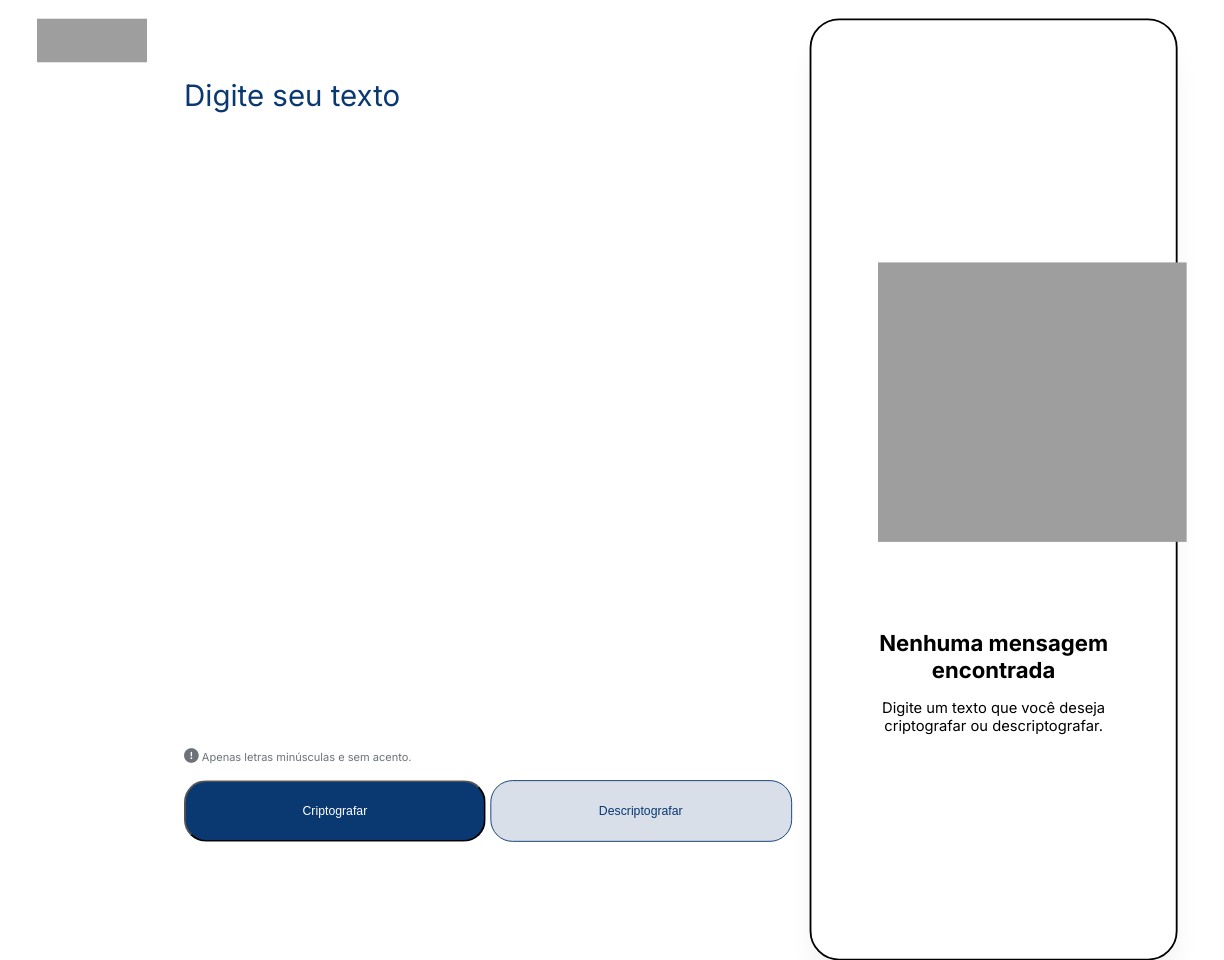
Repository: CarlosEduardoVdeOliveira/descodificador-de-texto
Page: index.html
An editor plug-in stored every save of this project. The page is shown before and after the next save, followed by the edit.
The browser window is 1280 px wide. The page is 1330 px wide, so the pictures cover 1330 px, including what lies to the right of the window. The pictures show the whole page, at 92% of full size.
Pictures or frames that could not be fetched are drawn as grey boxes.

Above is the page before, as saved 2023-04-11 22:05:59.

### index.html
<!DOCTYPE html>
<html lang="en">
<head>
   <meta charset="UTF-8">
   <link rel="preconnect" href="https://fonts.googleapis.com">
   <link rel="preconnect" href="https://fonts.gstatic.com" crossorigin>
   <meta http-equiv="X-UA-Compatible" content="IE=edge">
   <meta name="viewport" content="width=device-width, initial-scale=1.0">
   <link href="https://fonts.googleapis.com/css2?family=Inter:wght@400;700&display=swap" rel="stylesheet">
   <link rel="stylesheet" href="https://cdnjs.cloudflare.com/ajax/libs/font-awesome/6.4.0/css/all.min.css" integrity="sha512-iecdLmaskl7CVkqkXNQ/ZH/XLlvWZOJyj7Yy7tcenmpD1ypASozpmT/E0iPtmFIB46ZmdtAc9eNBvH0H/ZpiBw==" crossorigin="anonymous" referrerpolicy="no-referrer" />
   <link rel="stylesheet" href="/public/styles/reset.css">
   <link rel="stylesheet" href="/public/styles/index.css">
   <title>Decodificador</title>
</head>
<body>
   <header>
   </header>
   <main>
      <img src="/public/images/imageLogo.png"
         alt="letra a da logo da escola de programação Alura">
      <div class="frist-area">
         <input placeholder="Digite seu texto" />
         <span>
            <i class="fa-solid fa-circle-exclamation"></i>
            Apenas letras minúsculas e sem acento.
         </span>
         <div>
            <button class="button-cryptography">Criptografar</button>
            <button class="button-decryption">Descriptografar</button>
         </div>
      </div>
      <div class="highlight">
         <img src="/public/images/imageHighLight.svg" alt="">
         <div>
            <h2>Nenhuma mensagem encontrada</h2>
            <p>
               Digite um texto que você deseja criptografar ou descriptografar.
            </p>
         </div>
      </div>
   </main>
</body>
</html>

### public/styles/reset.css
*{
   margin: 0;
   padding: 0;
   box-sizing: border-box;
}
body{
   font-family:  'Inter', sans-serif;
   font-size: 1rem;
}

### public/styles/index.css
:root{
   --dark-blue-300: #0A3871;
   --light-gray: #D8DFE8;
   --gray-400: #495057;
}
header{
   position: absolute;
   width: 100%;
   height: 2.5rem;
}
img{
   width: 8rem;
   height: 3rem;
   margin: 2.5rem;
   top: -20px;
   position: relative;
}
main {
   display: flex;
   justify-content: space-around;
   align-items: self-start;
   margin: 0 auto;
}
.frist-area{
   display: flex;
   flex-direction: column;
   position: relative;
   top: 80px;
}
input{
   width: 680px;
   height: 48px;
   font-family: 'Inter';
   font-size: 32px;
   line-height: 150%;
   color: var(--dark-blue-300);
   border: none;
   margin-bottom: 685px;
}

input::placeholder{
   color: var(--dark-blue-300);
}
i{
   color: var(--gray-400);
   font-size: 1rem;
}
span{
   font-size: 12px;
   color: var(--gray-400);
   line-height: 150%;
   opacity: 0.8;
   margin-bottom: 1rem;
}
button{
   padding: 24px;
   gap: 8px;
   width: 328px;
   height: 67px;
   border-radius: 24px;
   cursor: pointer;
}
.button-cryptography{
   background-color: var(--dark-blue-300);
   color: #FFFFFF;
}
.button-decryption{
   background: var(--light-gray);
   color: var(--dark-blue-300);
   border: 1px solid var(--dark-blue-300);
}
.highlight{
   width: 25rem;
   position: relative;
   top: 20px;
   padding: 15.188rem 2rem;
   text-align: center;
   background: #FFFFFF;
   /* shadow */
   box-shadow: 0px 24px 32px -8px rgba(0, 0, 0, 0.08);
   border-radius: 32px;
   border: 2px solid black;
}
.highlight div{
   display: flex;
   flex-direction: column;

   margin-top: 2rem;
   padding: 0px;
   gap: 16px;
}
.highlight img{
   width: 21rem;
   height: 19rem;
}

After the next save:
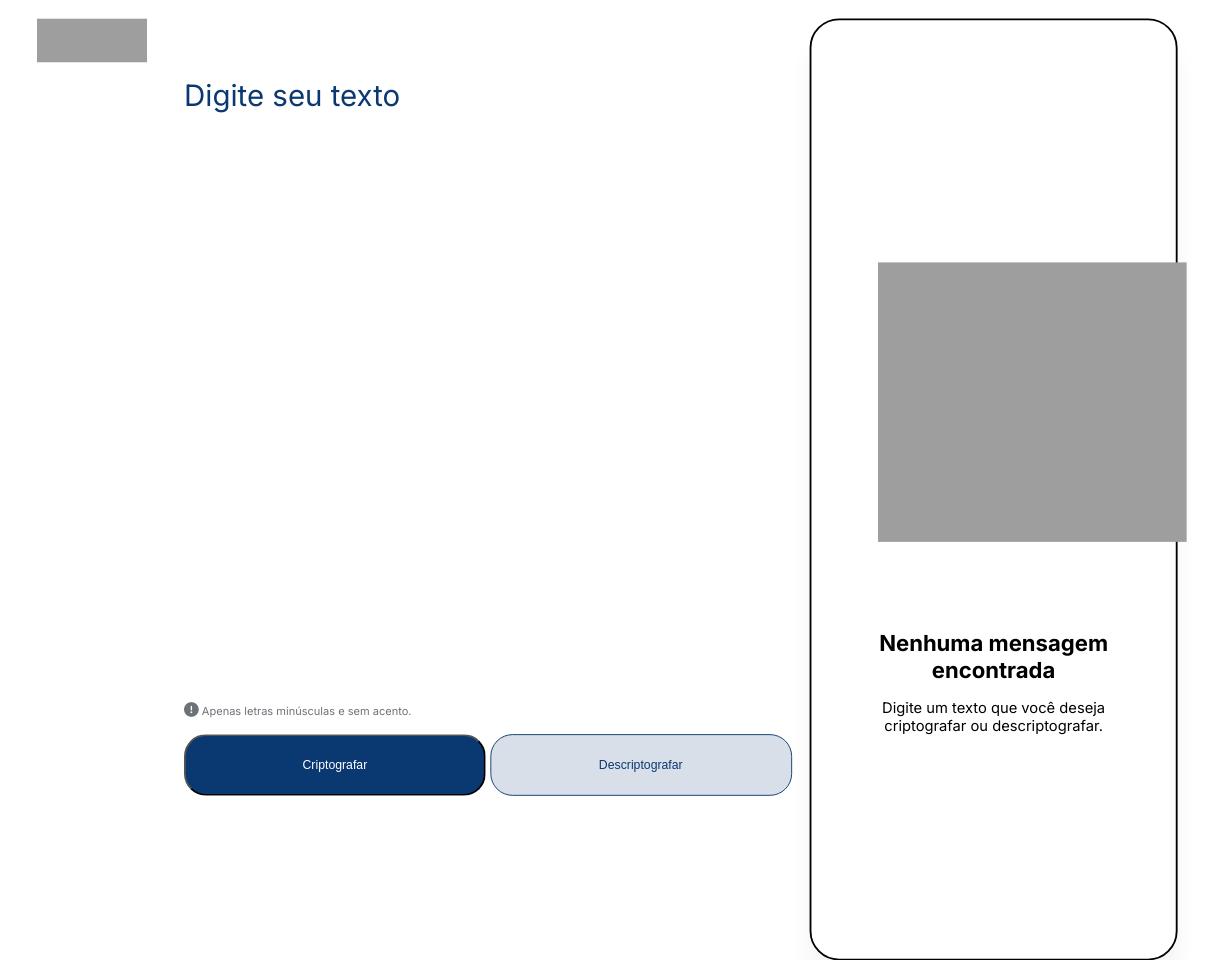
Saved 8 s later.
--- a/public/styles/index.css
+++ b/public/styles/index.css
@@ -35,7 +35,7 @@ input{
    line-height: 150%;
    color: var(--dark-blue-300);
    border: none;
-   margin-bottom: 685px;
+   margin-bottom: 635px;
 }
 
 input::placeholder{
